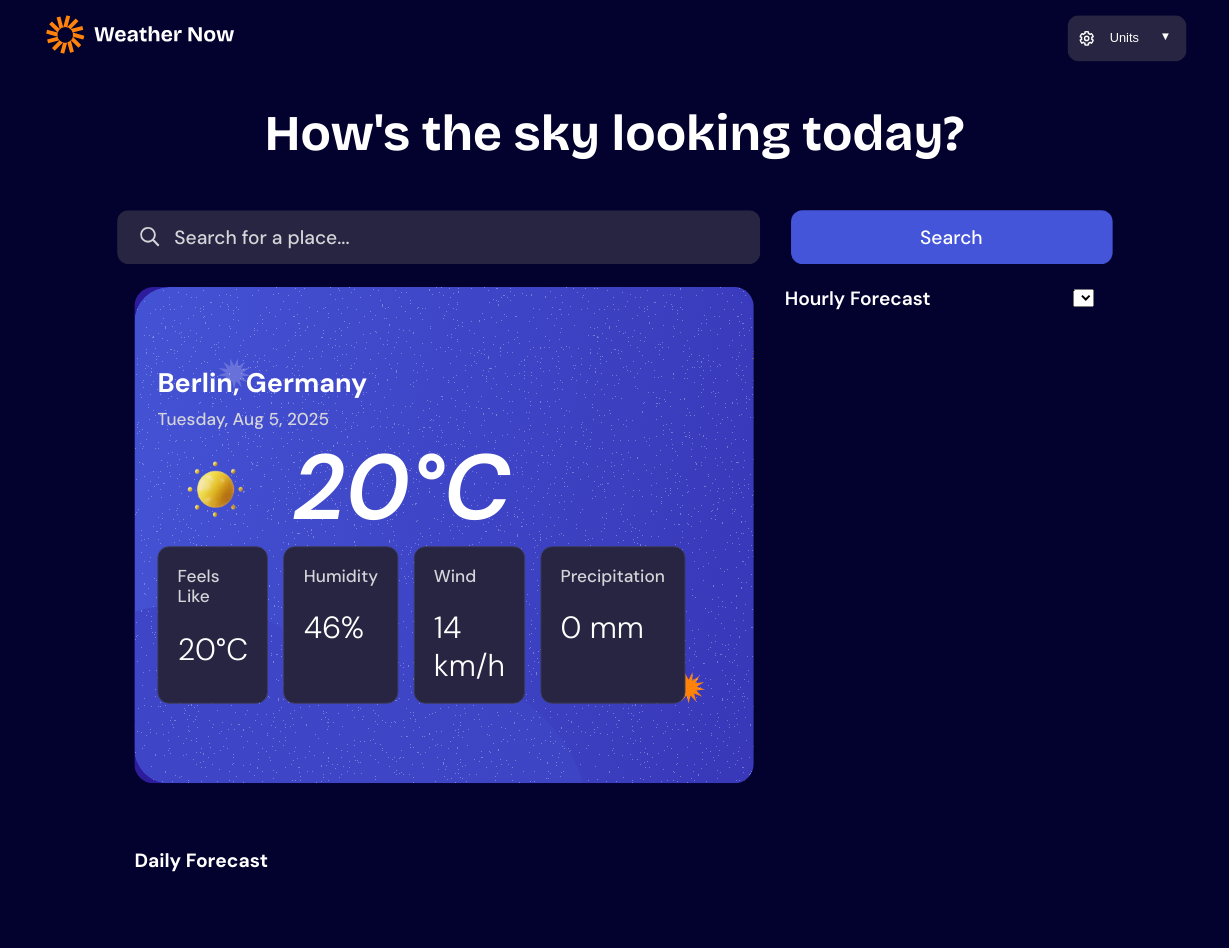
Repository: MKwaak/weather-app-main
Page: index.html
These files come from the project's save history. The page is drawn as it stood at one moment and after the next save; the edit follows.
The browser window is 1280 px wide. The pictures show the whole page, at 96% of full size.
The page's requests for data from a server got no answer.

Above is the page before, as saved 2026-01-29 00:16:12.

After the next save:
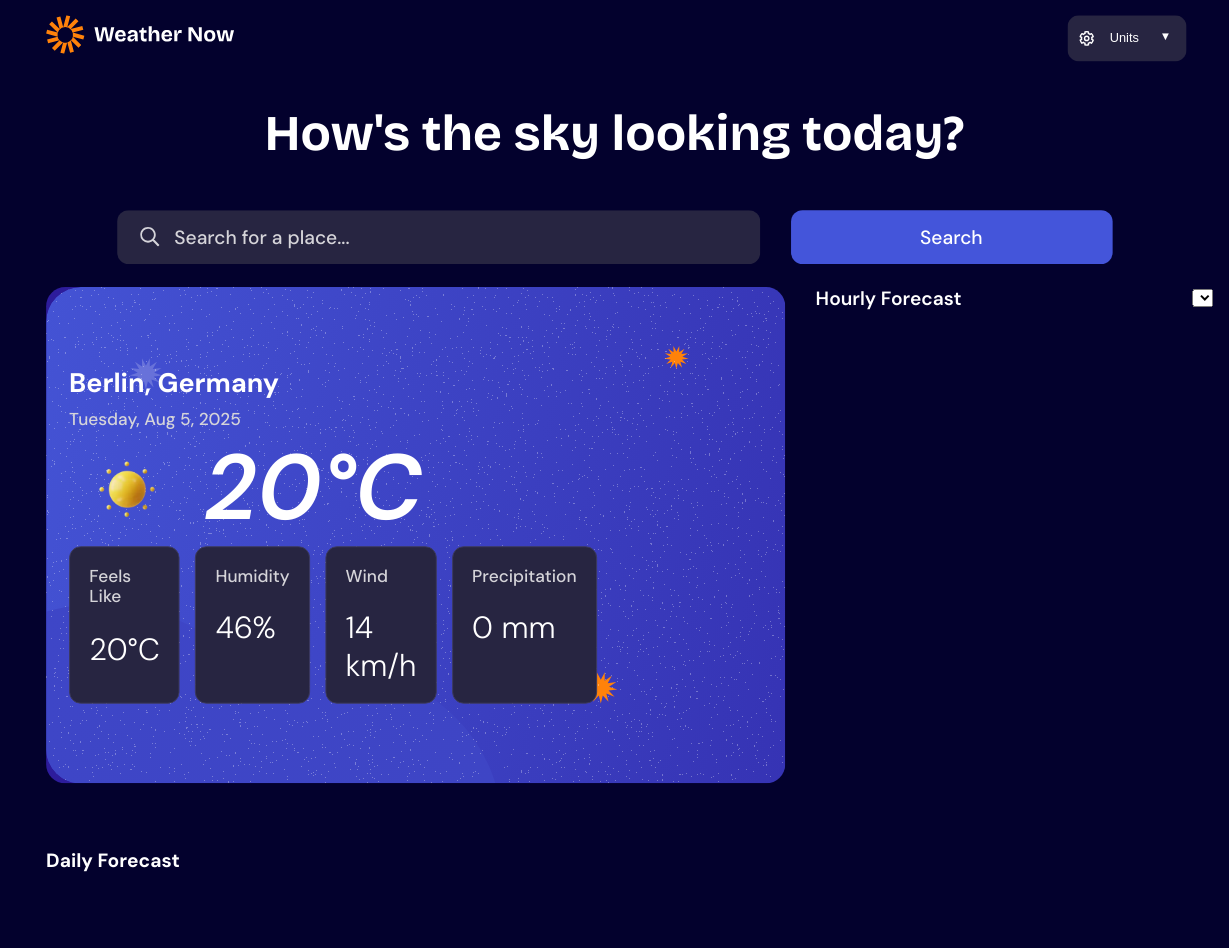
Saved 3 min 19 s later.
--- a/style.css
+++ b/style.css
@@ -651,9 +651,8 @@
 /* Dashboard wrapper */
 .dashboard {
   display: grid;
-  /*width: 100%; /* DIT zorgt dat hij niet 'ademt' met de tekst mee */
-  width: 1000px !important;
-  /* max-width: calc(
+  width: 100%; /* DIT zorgt dat hij niet 'ademt' met de tekst mee */
+  max-width: calc(
     1184 / 16 * 1rem
   ); /* Zo is het gelijk aan de wrapper max-width */
   row-gap: 24px; /* vertical spacing between panels */
@@ -669,8 +668,8 @@
   .dashboard {
     gap: 48px 32px;
     /* DIT IS DE KEY: we vervangen 2fr 1fr door dit: */
-    grid-template-columns: minmax(0, 2fr) minmax(0, 1fr);
-
+    /*grid-template-columns: minmax(0, 2fr) minmax(0, 1fr);*/
+    grid-template-columns: 65% 35%;
     grid-template-areas:
       "current hourly"
       "daily   hourly";
